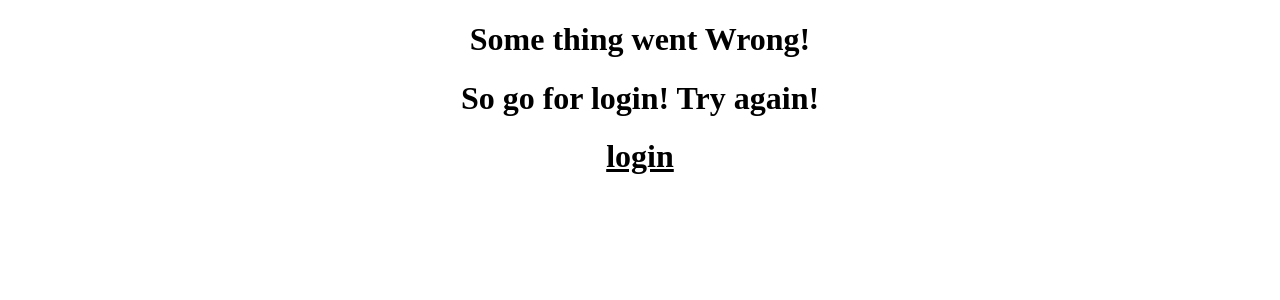
Repository: SavalaramRedkar/SupermarketManagementSystem-Java
Page: http://localhost/Supermarket_Management_System/error.jsp
An editor plug-in stored every save of this project. The page is shown before and after the next save, followed by the edit.
The browser window is 1280 px wide. The pictures show the whole page.
The page is served by Tomcat 9. Other server files are loaded and not shown.

Above is the page before, as saved 2021-03-14 15:12:58.

### Supermarket Management System/WebContent/error.jsp
<%@page isErrorPage="true"%>
<!DOCTYPE html PUBLIC "-//W3C//DTD HTML 4.01 Transitional//EN" "http://www.w3.org/TR/html4/loose.dtd">
<html>
<style>
body {
	background-color: #fff;
}

h1 {
	color: black;
	text-align: center;
}

a {
	color: black;
}

.alert {
    position: relative;
    padding: .75rem 1.25rem;
    /* margin-bottom: 1rem; */
    margin: auto;
    border: 1px solid transparent;
    border-radius: .25rem;
    width: 800px;
}

.alert-danger {
    color: #721c24;
    background-color: #f8d7da;
    border-color: #f5c6cb;
}
</style>
<head>
<meta http-equiv="Content-Type" content="text/html; charset=ISO-8859-1">
<title>Error</title>
</head>
<body>
	<h1>Some thing went Wrong!</h1>
	<h1>So go for login! Try again!</h1>
	<h1>
		<a href="login.jsp">login</a>
	</h1>
</body>
</html>

After the next save:
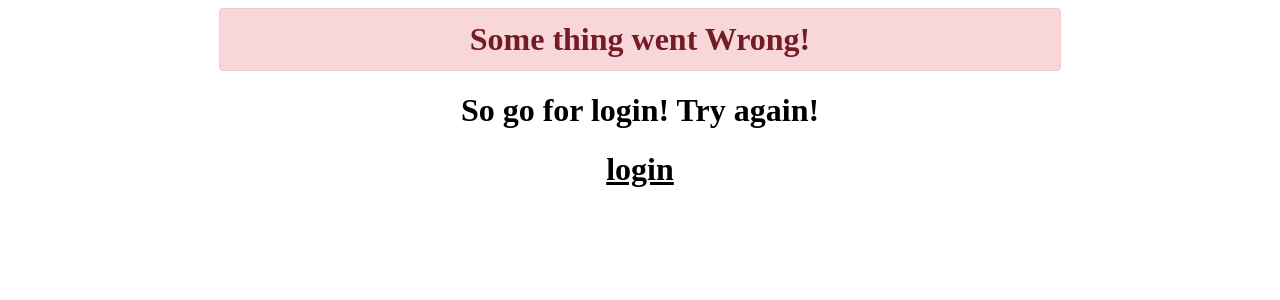
Saved 33 s later.
--- a/Supermarket Management System/WebContent/error.jsp
+++ b/Supermarket Management System/WebContent/error.jsp
@@ -36,7 +36,7 @@ a {
 <title>Error</title>
 </head>
 <body>
-	<h1>Some thing went Wrong!</h1>
+	<h1 class="alert alert-danger">Some thing went Wrong!</h1>
 	<h1>So go for login! Try again!</h1>
 	<h1>
 		<a href="login.jsp">login</a>
